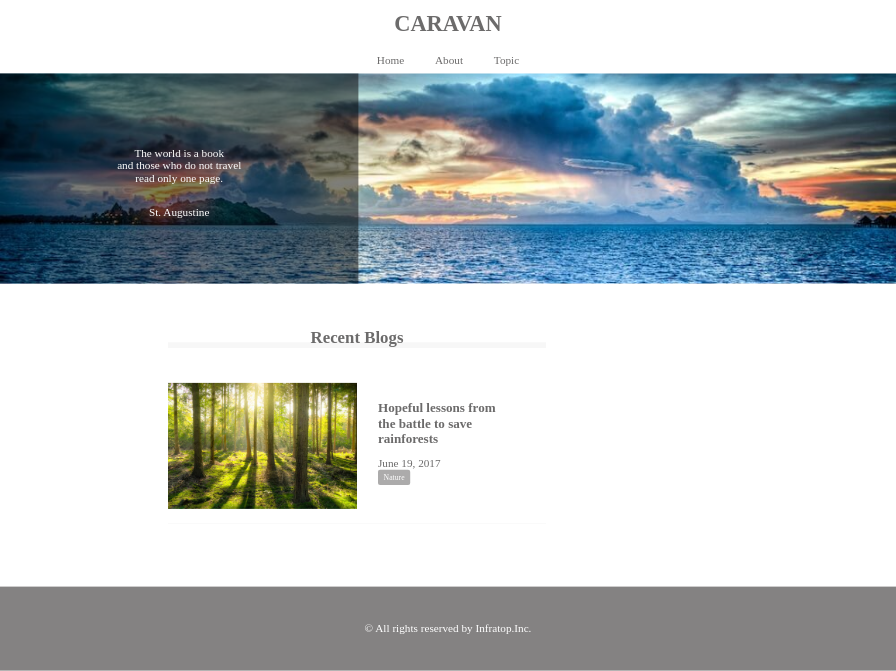
Repository: ayakodesu/html-practice
Page: caravan/index.html
The author's editor kept a record of every edit. The page is drawn from the files as they stood at one moment, then again after the next edit.
The browser window is 1280 px wide. The pictures show the whole page, at 70% of full size.

Above is the page before.

### caravan/index.html
<!DOCTYPE html>
<html lang="ja">
  <head>
    <meta charset="UTF-8" />
    <link rel="stylesheet" href="style.css" />
    <title>CARAVAN</title>
  </head>

  <body>

    <header>
      <h1 class="heading">
        <a href="index.html">
          CARAVAN
        </a>
      </h1>
    </header>

    <nav>
      <ul class="nav-list">
        <li class="nav-list-item">
          <a href="index.html">Home</a>
        </li>
        <li class="nav-list-item">About</li>
        <li class="nav-list-item">Topic</li>
      </ul>
    </nav>


    <div class="main-visual">
      <div class="main-visual-content">

        <p class="main-visual-text">
          The world is a book<br />
          and those who do not travel<br />
          read only one page.
        </p>
        <p class="main-visual-name">
          St. Augustine
        </p>
        </div>
    </div>

<main>
  <section class="blog">
    <h2 class="blog-heading">Recent Blogs</h2>

    <div class="blog-box">
  <div class="blog-item">
          <img class="blog-image" src="img/forest.jpg">
          <section class="blog-text">
            <h3 class="blog-text-heading">
              <a href="single.html">
                Hopeful lessons from<br>
                the battle to save<br>
                rainforests
              </a>
            </h3>
            <p class="blog-date"></p>June 19, 2017</p>
            <span class="category">Nature</span>
          </section>
        </div>

  </section>
  <div class="sidebar"></div>
</main>

      <div class="sidebar"></div>
    </div>

    <footer>
      <p class="footer-text">© All rights reserved by Infratop.Inc.</p>
    </footer>
  </body>
</html>

### caravan/style.css
/* ブラウザがそれぞれ持っているCSSをリセットするための記述*/
 * {
  margin: 0;
  padding: 0;
  box-sizing: border-box;
  color: #6c6b6b;
}

a {
  text-decoration: none;
}

header {
  width: 90%; /* 横幅90% */
  padding: 15px 0;
  margin: 0 auto;
  text-align: center;
}

header .heading { /* headerタグ内のheadingクラスにのみ反映される */
  font-size: 32px;
}

.nav-list {
  text-align: center;
  padding: 10px 0;
  margin: 0 auto;
}

.nav-list-item {
  list-style: none;
  display: inline-block;
  margin: 0 20px;
}

.main-visual {
  width: 100%; /* 横幅いっぱい */
  height: 300px; /* 高さ300px */
   background-image: url(img/mv.jpg);
   background-size: cover;
   background-position: center;
}

.main-visual-content {
  width: 40%;
  height: 300px;
  background-color: rgba( 0, 0, 0, 0.5);
  text-align: center;
  padding-top: 105px;
}

.main-visual-text {
  color: #fff; /* 文字色を白に変更 */
}

.main-visual-name {
  margin-top: 30px; /* 上側の外側の余白 */
  color: #fff; /* 文字色を白に変更 */
}

main {
  width: 800px;
  display:flex;
  justify-content: senter;
  margin: 0 auto;
  padding: 70px 0;
}


.blog {
  width: 540px;
  margin-right: 30px;
}

.blog-heading {
  border-bottom: 8px solid #f7f7f7;
  text-align: center;
  line-height: 0.6;
}

.blog-box {
  padding-top: 50px;
}

.blog-item {
  padding-bottom: 20px;
  margin-bottom: 20px;
  border-bottom: 1px solid #f7f7f7;
  display: flex;
  justify-content: flex-start;
}

.blog-image {
  height: 180px;
}

.blog-text {
  padding: 25px 0 0 30px;
}

.blog-text-heading {
  padding-bottom: 15px;
}



.blog-date {
  font-size: 12px;
  display: inline-block;
}

.category {
  display: inline-block;
  padding: 5px 8px;
  background-color: #acabab;
  border-radius: 3px;
  color: #fff;
  font-size: 11px;
}

.sidebar {
  width: 230px;
}

footer {
  width: 100%;
  height: 120px;
  text-align: center;
  line-height: 120px;
  background-color: #848282;
}

.footer-text {
  color: #fff;
}

After the next edit:
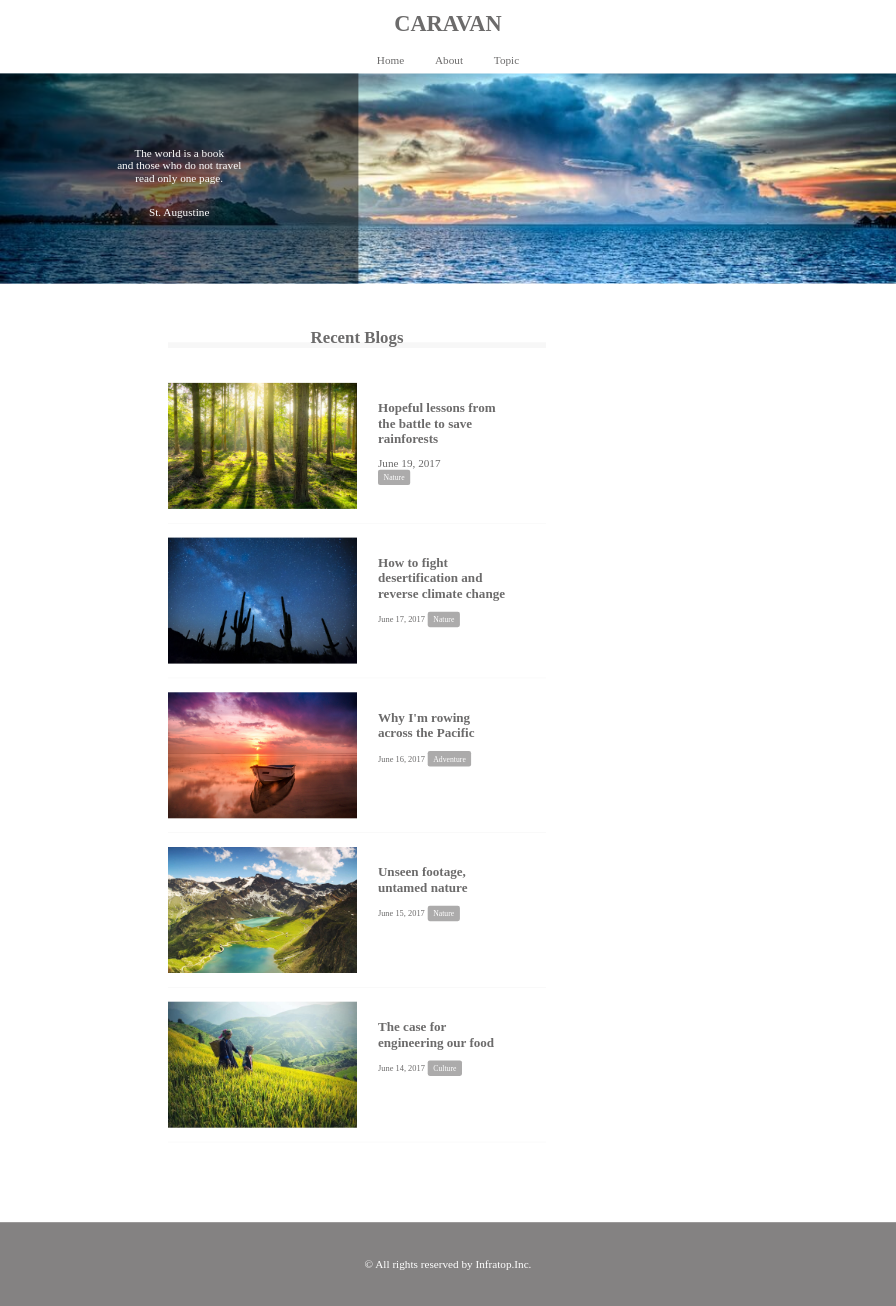
The edit:
--- a/caravan/index.html
+++ b/caravan/index.html
@@ -60,6 +60,60 @@
             <span class="category">Nature</span>
           </section>
         </div>
+        <div class="blog-item">
+            <img class="blog-image" src="img/desert.jpg" />
+            <section class="blog-text">
+              <h3 class="blog-text-heading">
+                <a href="single.html">
+                  How to fight<br>
+                  desertification and<br>
+                  reverse climate change
+                </a>
+              </h3>
+              <p class="blog-date">June 17, 2017</p>
+              <span class="category">Nature</span>
+            </section>
+          </div>
+          <div class="blog-item">
+            <img class="blog-image" src="img/sunset.jpg" />
+            <section class="blog-text">
+              <h3 class="blog-text-heading">
+                <a href="single.html">
+                  Why I'm rowing<br>
+                  across the Pacific
+                </a>
+              </h3>
+              <p class="blog-date">June 16, 2017</p>
+              <span class="category">Adventure</span>
+            </section>
+          </div>
+          <div class="blog-item">
+            <img class="blog-image" src="img/italy.jpg" />
+            <section class="blog-text">
+              <h3 class="blog-text-heading">
+                <a href="single.html">
+                  Unseen footage,<br>
+                  untamed nature
+                </a>
+              </h3>
+              <p class="blog-date">June 15, 2017</p>
+              <span class="category">Nature</span>
+            </section>
+          </div>
+          <div class="blog-item">
+            <img class="blog-image" src="img/asia.jpg" />
+            <section class="blog-text">
+              <h3 class="blog-text-heading">
+                <a href="single.html">
+                  The case for<br>
+                  engineering our food
+                </a>
+              </h3>
+              <p class="blog-date">June 14, 2017</p>
+              <span class="category">Culture</span>
+            </section>
+          </div>
+      　</div>
 
   </section>
   <div class="sidebar"></div>
